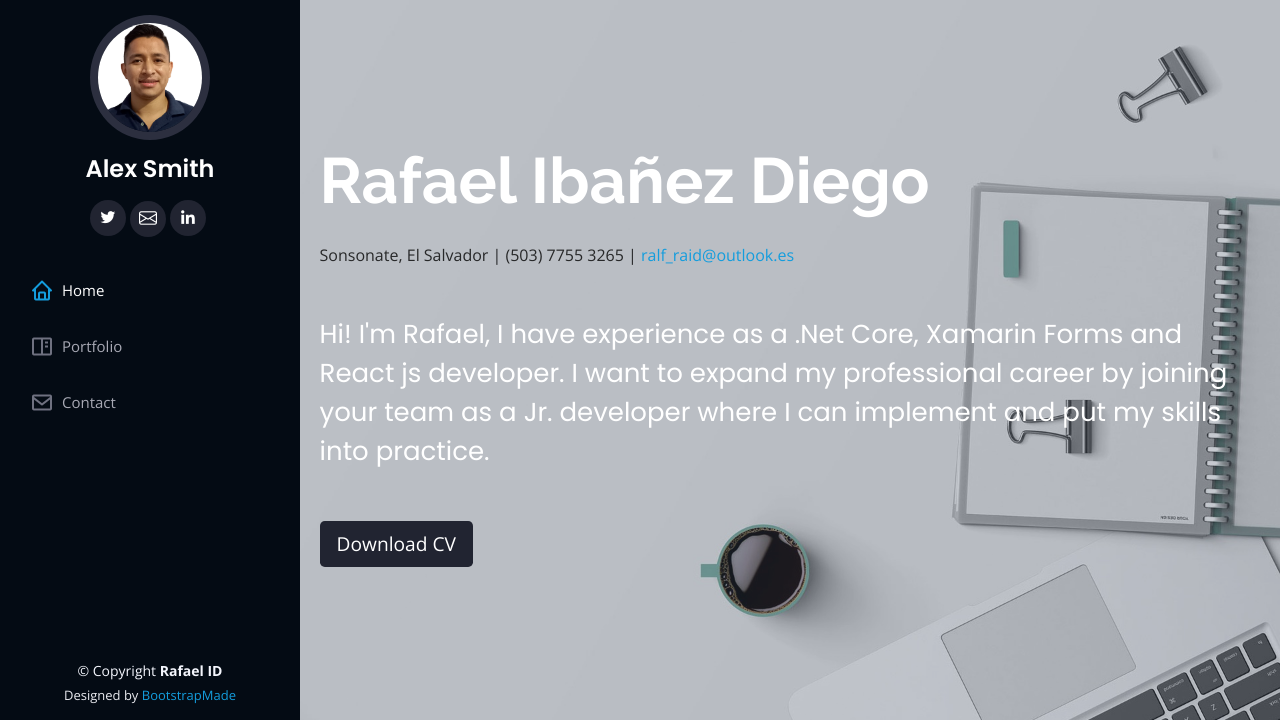
Repository: ralfId/myportfolio
Page: /index
The author's editor kept a copy of each file at every save. The page is drawn from the files as they stood at one save, then again after the next save.
The browser window is 1280 px wide. The pictures show the whole page.
The project was rebuilt for these pictures with package versions that can differ from the ones it lists, and the page was loaded fresh each time. Also part of the build but not shown: src/data/projects.js, src/components/Projects/ProjectItem.js, src/components/Projects/ProjectIndex.js, src/helpers/ProjectById.js, src/components/Projects/ProjectDetail.js.

Above is the page before, as saved 2021-09-20 18:35:07.

After the next save:
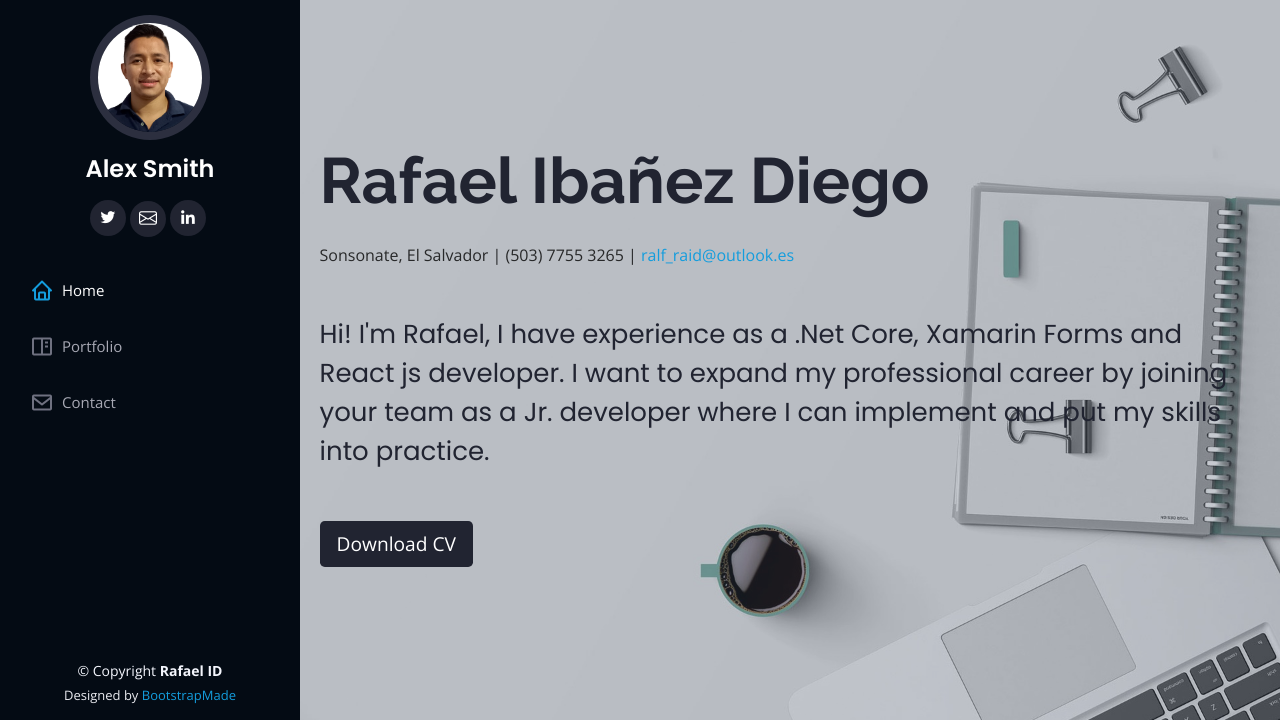
Saved 38 s later.
--- a/public/css/style.css
+++ b/public/css/style.css
@@ -267,18 +267,18 @@ h6 {
     font-size: 64px;
     font-weight: 700;
     line-height: 56px;
-    color: #fff;
+    color: #212431;
   }
 
   #hero p {
-    color: #fff;
+    color: #212431;
     margin-bottom: 50px;
     font-size: 26px;
     font-family: "Poppins", sans-serif;
   }
 
   #hero p span {
-    color: #fff;
+    color: #212431;
     padding-bottom: 4px;
     letter-spacing: 1px;
     border-bottom: 3px solid #149ddd;
